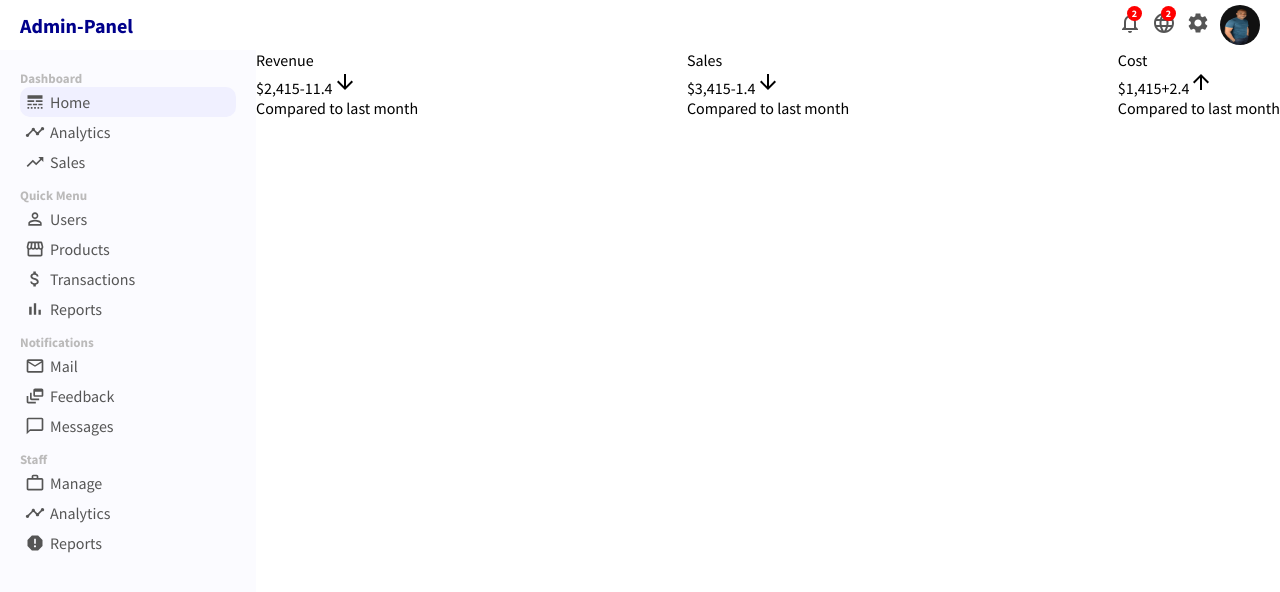
Repository: Samkiroko/admin-panel-ui
Page: /
These files come from the project's save history. The page is drawn as it stood at one moment and after the next save; the edit follows.
The browser window is 1280 px wide. The pictures show the whole page.
The project was rebuilt for these pictures with package versions that can differ from the ones it lists, and the page was loaded fresh each time.

Above is the page before, as saved 2021-09-22 16:49:35.

After the next save:
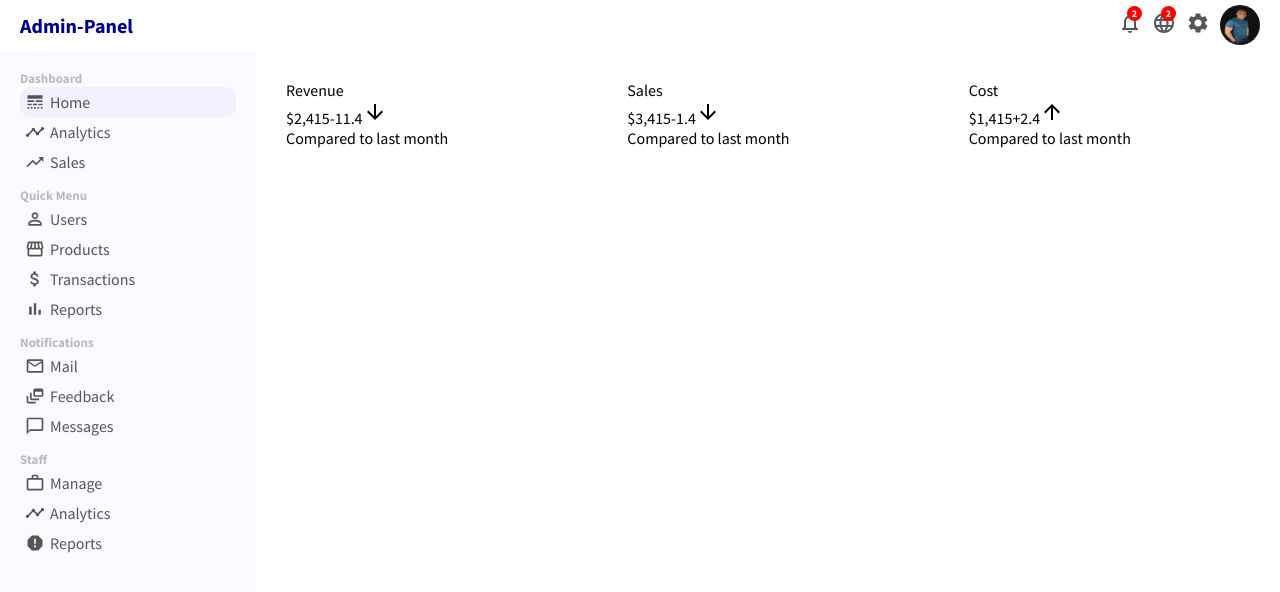
Saved 115 min 22 s later.
--- a/src/components/featuredInfo/featureInfo.css
+++ b/src/components/featuredInfo/featureInfo.css
@@ -3,3 +3,9 @@
     display: flex;
     justify-content: space-between;
 }
+
+.featuredItem {
+    flex: 1;
+    margin: opx 20px;
+    padding: 30px;
+}
